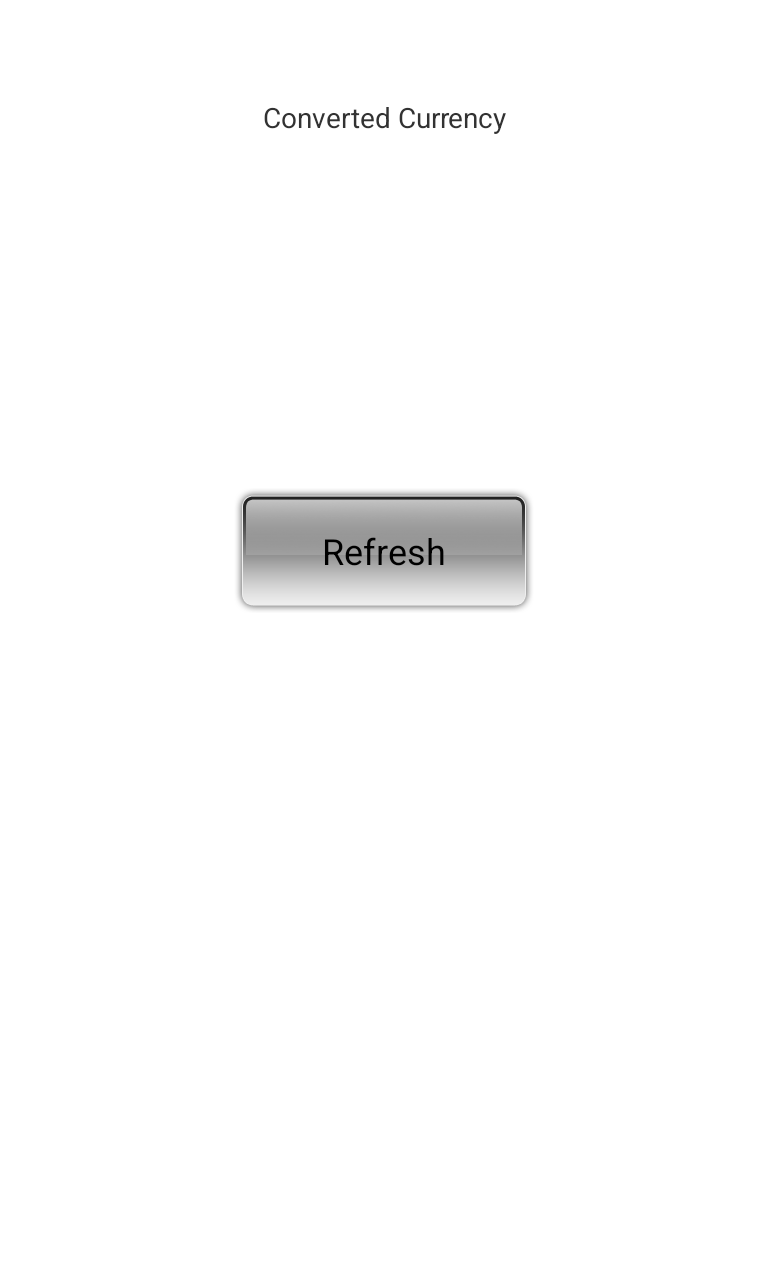
Repository: efreestone/MDF3_Freestone
Layout: ConvertIt/res/layout/activity_main.xml
These files come from the project's save history. The layout is drawn as it stood at one moment and after the next save; the edit follows.
It is drawn on a 768 x 1280 px phone screen (xhdpi) without system bars, with theme AppTheme; the app's code is not run.

Above is the layout before, as saved 2014-07-11 01:29:14.

### ConvertIt/res/layout/activity_main.xml
<?xml version="1.0" encoding="utf-8"?>
<LinearLayout xmlns:android="http://schemas.android.com/apk/res/android"
    android:id="@+id/parentView"
    android:layout_width="match_parent"
    android:layout_height="match_parent"
    android:orientation="vertical"
    >

    <TextView
        android:id="@+id/usdTV"
        android:layout_width="match_parent"
        android:layout_height="wrap_content"
        android:layout_margin="10dp"
        android:gravity="center" />

    <TextView
        android:id="@+id/convertedLabel"
        android:layout_width="match_parent"
        android:layout_height="wrap_content"
        android:gravity="center"
        android:layout_marginTop="10dp"
        android:text="@string/convertedLabelString"/>

    <TextView
        android:id="@+id/eurTV"
        android:layout_width="match_parent"
        android:layout_height="wrap_content"
        android:gravity="center" />

    <TextView
        android:id="@+id/gbpTV"
        android:layout_width="match_parent"
        android:layout_height="wrap_content"
        android:gravity="center" />

    <TextView
        android:id="@+id/inrTV"
        android:layout_width="match_parent"
        android:layout_height="wrap_content"
        android:gravity="center" />

    <TextView
        android:id="@+id/cadTV"
        android:layout_width="match_parent"
        android:layout_height="wrap_content"
        android:gravity="center" />

    <TextView
        android:id="@+id/audTV"
        android:layout_width="match_parent"
        android:layout_height="wrap_content"
        android:gravity="center" />

    <TextView
        android:id="@+id/mxnTV"
        android:layout_width="match_parent"
        android:layout_height="wrap_content"
        android:gravity="center" />

    <TextView
        android:id="@+id/cnyTV"
        android:layout_width="match_parent"
        android:layout_height="wrap_content"
        android:gravity="center" />

    <TextView
        android:id="@+id/myrTV"
        android:layout_width="match_parent"
        android:layout_height="wrap_content"
        android:gravity="center" />

    <TextView
        android:id="@+id/aedTV"
        android:layout_width="match_parent"
        android:layout_height="wrap_content"
        android:gravity="center" />

    <Button
        android:id="@+id/refreshButton"
        android:layout_width="wrap_content"
        android:layout_height="wrap_content"
        android:layout_gravity="center"
        android:layout_margin="5dp"
        android:clickable="true"
        android:background="@drawable/button_background"
        android:text="@string/refreshButton"
        android:width="150dp" />



</LinearLayout>

### ConvertIt/res/values/strings.xml
<?xml version="1.0" encoding="utf-8"?>
<resources>

    <string name="app_name">MDF3Project1</string>
    <string name="hello_world">Hello world!</string>
    <string name="action_settings">Settings</string>

    <string name="refreshButton">Refresh</string>

    <string name="noConnectionTitle">Connection Error</string>
    <string name="noConnectionAlert">This application requires internet access. Please check your network connection and try again.</string>

    <string name="noFileTitle">File does not exist</string>
    <string name="noFileAlert">The file does not exist on your device so it was requested from the API. Select Refresh to update the ListView</string>

    <string name="convertedLabelString">Converted Currency</string>

</resources>

### ConvertIt/res/drawable-hdpi/button_background.xml
<?xml version="1.0" encoding="utf-8"?>
<selector xmlns:android="http://schemas.android.com/apk/res/android" >
    <!-- Button Image when pressed -->
    <item
        android:drawable="@drawable/gradient_pressed_9patch"
        android:state_pressed="true"/>

    <!-- Button Image -->
    <item
        android:drawable="@drawable/gradient_9patch"/>



</selector>

### ConvertIt/res/drawable-ldpi/button_background.xml
<?xml version="1.0" encoding="utf-8"?>
<selector xmlns:android="http://schemas.android.com/apk/res/android" >
    <!-- Button Image when pressed -->
    <item
        android:drawable="@drawable/gradient_pressed_9patch"
        android:state_pressed="true"/>

    <!-- Button Image -->
    <item
        android:drawable="@drawable/gradient_9patch"/>



</selector>

### ConvertIt/res/drawable-mdpi/button_background.xml
<?xml version="1.0" encoding="utf-8"?>
<selector xmlns:android="http://schemas.android.com/apk/res/android" >
    <!-- Button Image when pressed -->
    <item
        android:drawable="@drawable/gradient_pressed_9patch"
        android:state_pressed="true"/>

    <!-- Button Image -->
    <item
        android:drawable="@drawable/gradient_9patch"/>



</selector>

### ConvertIt/res/drawable-xhdpi/button_background.xml
<?xml version="1.0" encoding="utf-8"?>
<selector xmlns:android="http://schemas.android.com/apk/res/android" >
    <!-- Button Image when pressed -->
    <item
        android:drawable="@drawable/gradient_pressed_9patch"
        android:state_pressed="true"/>

    <!-- Button Image -->
    <item
        android:drawable="@drawable/gradient_9patch"/>



</selector>

### ConvertIt/res/drawable-xxhdpi/button_background.xml
<?xml version="1.0" encoding="utf-8"?>
<selector xmlns:android="http://schemas.android.com/apk/res/android" >
    <!-- Button Image when pressed -->
    <item
        android:drawable="@drawable/gradient_pressed_9patch"
        android:state_pressed="true"/>

    <!-- Button Image -->
    <item
        android:drawable="@drawable/gradient_9patch"/>



</selector>

Loaded but not shown: ConvertIt/res/values/styles.xml (common file); ConvertIt/res/values-v11/styles.xml (common file); ConvertIt/res/values-v14/styles.xml (common file)

After the next save:
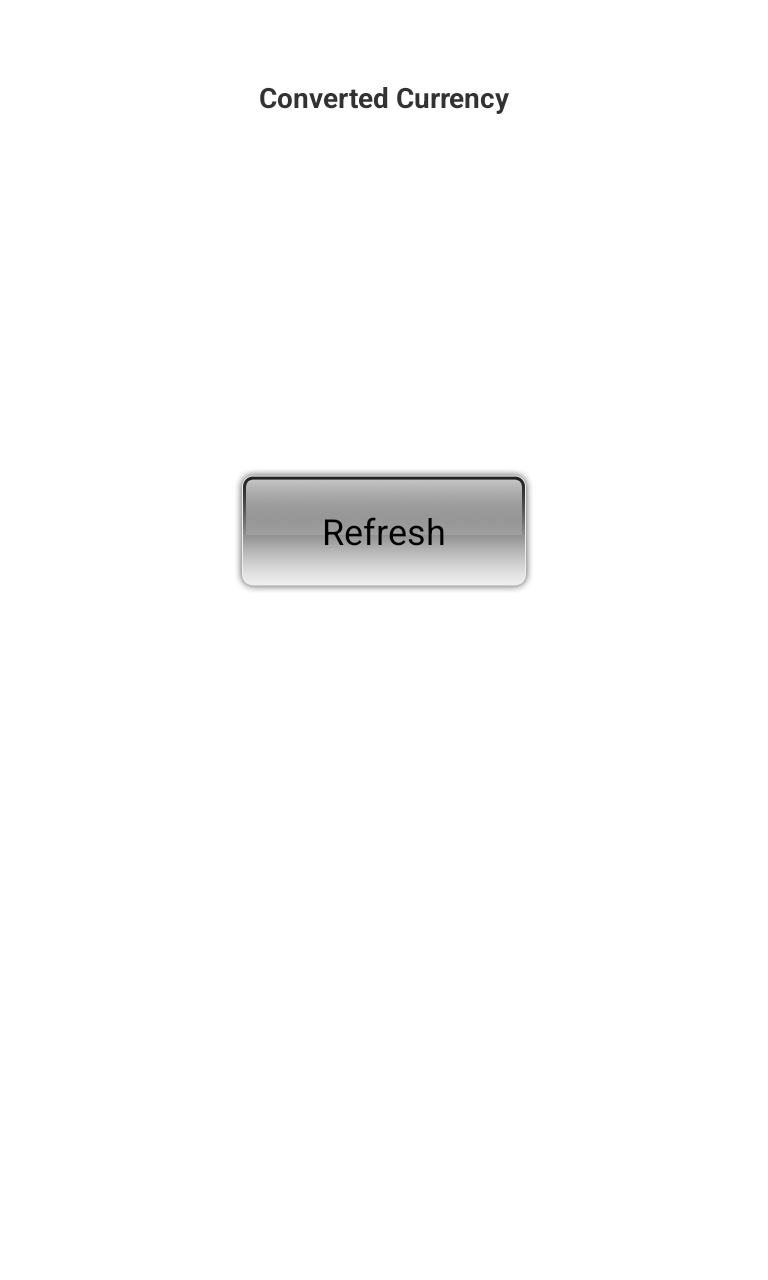
Saved 30 s later.
--- a/ConvertIt/res/layout/activity_main.xml
+++ b/ConvertIt/res/layout/activity_main.xml
@@ -18,7 +18,7 @@
         android:layout_width="match_parent"
         android:layout_height="wrap_content"
         android:gravity="center"
-        android:layout_marginTop="10dp"
+        android:textStyle="bold"
         android:text="@string/convertedLabelString"/>
 
     <TextView
